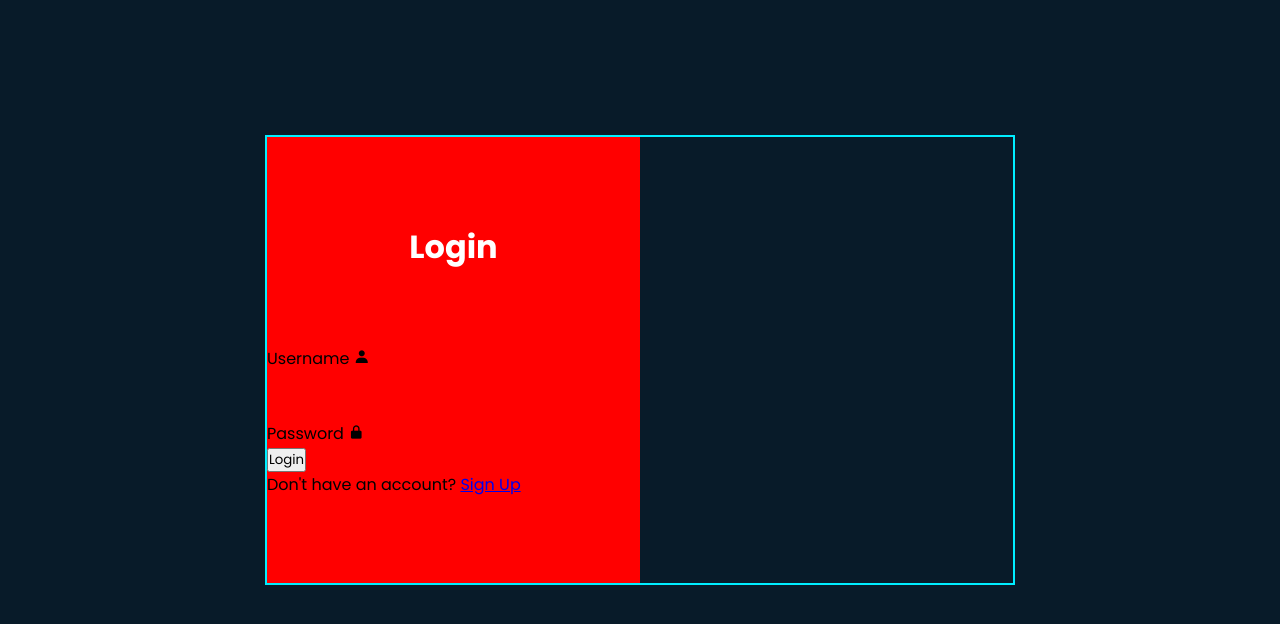
Repository: swastikjhacoder/Login-Registration-HTML
Page: index.html
These files come from the project's save history. The page is drawn as it stood at one moment and after a run of saves; the edit follows.
The browser window is 1280 px wide. The pictures show the whole page.

Above is the page before, as saved 2023-09-18 14:32:52.
Not found: js/toastify.js

### index.html
<!DOCTYPE html>
<html lang="en">
  <head>
    <meta charset="UTF-8" />
    <meta http-equiv="X-UA-Compatible" content="IE=edge" />
    <meta name="viewport" content="width=device-width, initial-scale=1.0" />
    <title>Login</title>
    <link rel="shortcut icon" href="./images/favicon.png" />
    <link rel="stylesheet" href="style.css" />
    <link href='https://unpkg.com/boxicons@2.1.4/css/boxicons.min.css' rel='stylesheet'>
    <script src="./js/toastify.js"></script>
  </head>
  <body>
    <div class="wrapper">
        <div class="form-box login">
            <h2>Login</h2>
            <form action="#">
                <div class="input-box">
                    <input type="text" required/>
                    <label>Username</label>
                    <i class='bx bxs-user'></i>
                </div>
                <div class="input-box">
                    <input type="password" required/>
                    <label>Password</label>
                    <i class='bx bxs-lock-alt' ></i>
                </div>
                <button type="submit" class="btn">Login</button>
                <div class="logreg-link">
                    <p>Don't have an account? <a href="#" class="register-link">Sign Up</a></p>
                </div>
            </form>
        </div>
    </div>

  </body>
</html>

### style.css
@import url('https://fonts.googleapis.com/css2?family=Poppins:ital,wght@0,100;0,200;0,300;0,400;0,500;0,600;0,700;0,800;0,900;1,400&display=swap');

* {
    margin: 0;
    padding: 0;
    box-sizing: border-box;
    font-family: 'Poppins', sans-serif;
}

body {
    display: flex;
    justify-content: center;
    align-items: center;
    min-height: 100vh;
    background: #081b29;
}

.wrapper {
    position: relative;
    width: 750px;
    height: 450px;
    background: transparent;
    border: 2px solid #0ef;
}

.wrapper .form-box {
    position: absolute;
    top: 0;
    width: 50%;
    height: 100%;
    background: red;
    display: flex;
    flex-direction: column;
    justify-content: center;
}

.form-box h2 {
    font-size: 32px;
    color: #fff;
    text-align: center;
}

.form-box .input-box {
    position: relative;
    width: 100%;
    height: 50px;
    margin: 25px 0;
}

.input-box input {
    width: 100%;
    height: 100%;
    background: transparent;
    border: none;
    outline: none;
    border-radius: 2px solid #fff;
}

.input-box label {

}

After the next 10 saves:
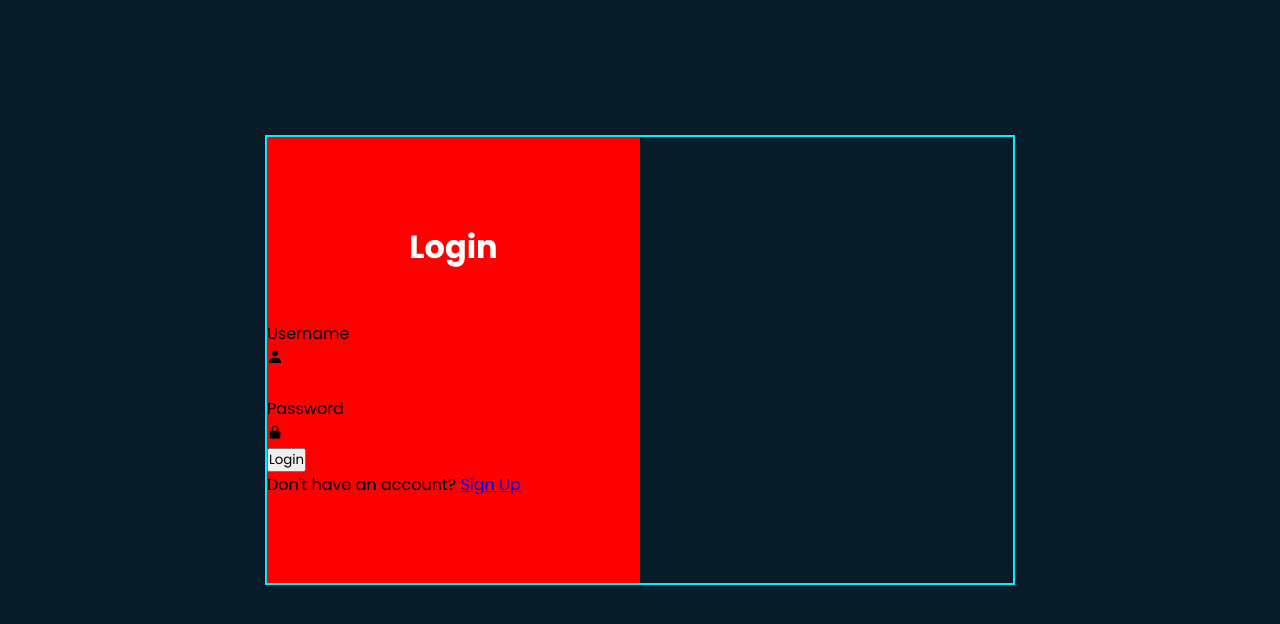
The 10 saves are shown as one change because they came seconds apart.
The last was saved 40 s later.
--- a/style.css
+++ b/style.css
@@ -57,5 +57,8 @@ body {
 }
 
 .input-box label {
+    position: absolute;
+    top: 50%;
+    left: 0;
 
 }
